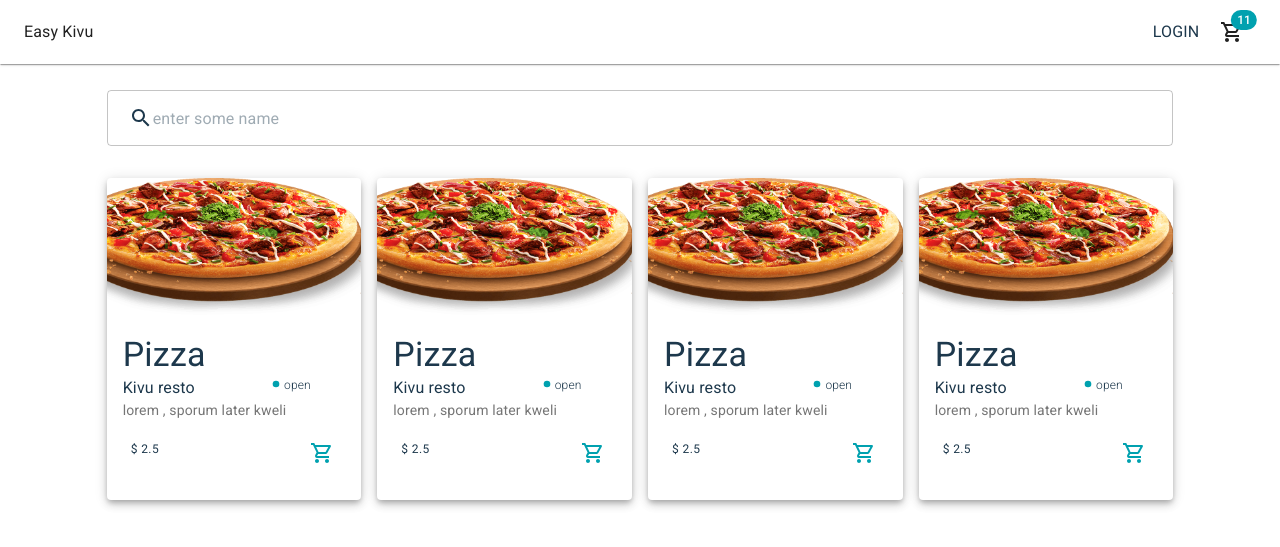
Repository: kilamaelie/jokes-dapp
Page: /
The author's editor kept a copy of each file at every save. The page is drawn from the files as they stood at one save, then again after the next save.
The browser window is 1280 px wide. The pictures show the whole page.
The project was rebuilt for these pictures with package versions that can differ from the ones it lists, and the page was loaded fresh each time. Also part of the build but not shown: src/ui/page/dashboard/dashboard.js.

Above is the page before, as saved 2021-06-28 08:58:09.

### src/App.js
import React from 'react'
import {BrowserRouter as Router ,Switch,Route} from 'react-router-dom'
import {ThemeProvider } from "@material-ui/core/styles";
import theme from './App_theme/theme'
import CssBaseline from '@material-ui/core/CssBaseline'
import Main from './ui/page/website/main'
import Dashboards from  './ui/page/dashboard/dashboard'
import AppBars from './ui/widget/appbar'



const App =()=>{


  return (
    <ThemeProvider theme={theme}>
      <CssBaseline>
          <Router>
            <AppBars/>
            <Switch>
              <Route path='/dashboard' component={Dashboards}/>
              <Route path= '/' component={Main}/>
            </Switch>
          </Router>
      </CssBaseline>
    </ThemeProvider>
  )
}

export default App

### src/App_theme/theme.js
import {createMuiTheme} from '@material-ui/core/styles'


const theme =createMuiTheme({
    palette:{
        primary:{
          main: '#FFF'
        },
        secondary:{
          main: '#00A1AF'
        },
        background:{
          default:'#FFF'
        },
        text:{
          primary:'#1D384C',
        }

      }
})

export default theme

### src/ui/page/website/main.js
import React from 'react'
import {Switch,Route} from 'react-router-dom'
import Home from './screen/home'



const Main =()=>{
    return (
            <Switch>

                <Route exact path= '/' component={Home}/>
            </Switch>
        )
}

export default Main

### src/ui/widget/appbar.js
import React,{useState} from 'react'
import {Grid,AppBar,Toolbar,IconButton,Typography,Button,Dialog,DialogContent,DialogContentText,MenuItem,Menu,Badge} from '@material-ui/core';
// import RestaurantMenuIcon from '@material-ui/icons/RestaurantMenu';
// import AccountCircle from '@material-ui/icons/AccountCircle';
// import NotificationsIcon from '@material-ui/icons/Notifications';
import MoreIcon from '@material-ui/icons/MoreVert';
// import { useTheme} from '@material-ui/core/styles'
// import useMediaQuery from '@material-ui/core/useMediaQuery';
import useStyles from '../style'
import ShoppingCartOutlinedIcon from '@material-ui/icons/ShoppingCartOutlined';




const AppBars =()=>{

  const classes = useStyles();
  const [open, setOpen] = useState(false);
  //const theme = useTheme();
 // const fullScreen = useMediaQuery(theme.breakpoints.down('sm'));

  const handleClickOpen = () => {
    setOpen(true);
  };
  const handleClose = () => {
    setOpen(false);
  };
  // for the app bar

  const [anchorEl, setAnchorEl] = React.useState(null);
  const [mobileMoreAnchorEl, setMobileMoreAnchorEl] = React.useState(null);

  const isMenuOpen = Boolean(anchorEl);
  const isMobileMenuOpen = Boolean(mobileMoreAnchorEl);

  // const handleProfileMenuOpen = (event) => {
  //   setAnchorEl(event.currentTarget);
  // };
  const handleMenuClose = () => {
    setAnchorEl(null);
    handleMobileMenuClose();
  };
  const handleMobileMenuClose = () => {
    setMobileMoreAnchorEl(null);
  };
  const handleMobileMenuOpen = (event) => {
    setMobileMoreAnchorEl(event.currentTarget);
  };
  const handleLogoutAndMenuClose = () =>{
    const logout = localStorage.removeItem('token')
    localStorage.removeItem('id')
    localStorage.removeItem('user')
    setAnchorEl(null);
    handleMobileMenuClose();
    window.location.reload();
    return logout
  }

  const menuId = 'primary-search-account-menu';
  const renderMenu = (
    <Menu
      anchorEl={anchorEl}
      anchorOrigin={{ vertical: 'top', horizontal: 'right' }}
      id={menuId}
      keepMounted
      transformOrigin={{ vertical: 'top', horizontal: 'right' }}
      open={isMenuOpen}
      onClose={handleMenuClose}
    >
      <MenuItem onClick={handleMenuClose}>Profile</MenuItem>
      <MenuItem onClick={handleLogoutAndMenuClose}>Logout</MenuItem>
    </Menu>
  );

  const mobileMenuId = 'primary-search-account-menu-mobile';
  const renderMobileMenu = (
    <Menu
      anchorEl={mobileMoreAnchorEl}
      anchorOrigin={{ vertical: 'top', horizontal: 'right' }}
      id={mobileMenuId}
      keepMounted
      transformOrigin={{ vertical: 'top', horizontal: 'right' }}
      open={isMobileMenuOpen}
      onClose={handleMobileMenuClose}
    >
          {/* <MenuItem>
          <Typography className={classes.typoAppbar}>VENDOR</Typography>
          </MenuItem>
          <MenuItem>
           <Typography className={classes.typoAppbar}>Contact</Typography>
          </MenuItem> */}
          {/* {
            token!=null? <div>
               <MenuItem>
        <IconButton aria-label="show 11 new notifications" color="inherit">
          <Badge badgeContent={11} color="secondary">
            <NotificationsIcon />
          </Badge>
        </IconButton>
        <p>Notifications</p>
      </MenuItem>
      <MenuItem onClick={handleProfileMenuOpen}>
        <IconButton
          aria-label="account of current user"
          aria-controls="primary-search-account-menu"
          aria-haspopup="true"
          color="inherit"
        >
          <AccountCircle />
        </IconButton>
        <p>Profile</p>
      </MenuItem>
            </div>

            :  */}
             <div>
              <MenuItem>
            <Button onClick={handleClickOpen}><Typography className={classes.typoAppbar}>Login</Typography></Button>
                    <Dialog
                        // fullScreen={fullScreen}
                        open={open}
                        onClose={handleClose}
                        aria-labelledby="responsive-dialog-title"
                          >
                            <DialogContent>
                              <DialogContentText>
                                  {/* <Login/> */}
                              </DialogContentText>
                            </DialogContent>
                    </Dialog>
          </MenuItem>
            </div>
          {/* } */}


    </Menu>
  );
  return (
      <Grid container direction='row'>
          {/* <Grid item xs={1} sm={1}></Grid> */}
          <Grid item xs={12} sm={12}>
          <AppBar position="fixed" elevation={1}  >
        <Toolbar>
          {/* <IconButton
            component={Link}
            to='/'
            edge="start"
            className={classes.menuButton}
            color="inherit"
            aria-label="open drawer"
          >
            <RestaurantMenuIcon className={classes.icon} />
          </IconButton> */}
          <Typography className={classes.title}  noWrap>
            Easy Kivu
          </Typography>

          <div className={classes.grow} />
          <div className={classes.sectionDesktop}>
             {/* <Button ><Typography className={classes.typoAppbar}>VENDOR</Typography></Button>
            <Button><Typography className={classes.typoAppbar}>CONTACT</Typography></Button> */}
            {/* {token!=null?
            <div>
            <IconButton aria-label="show 17 new notifications" color="inherit">
              <Badge badgeContent={17} color="secondary">
                <NotificationsIcon  color="secondary"/>
              </Badge>
            </IconButton>
            <IconButton
              edge="end"
              aria-label="account of current user"
              aria-controls={menuId}
              aria-haspopup="true"
              onClick={handleProfileMenuOpen}
              color="inherit"
            >
              <AccountCircle color="secondary" />
            </IconButton>
            </div>
            : */}
            <div>
               <Button onClick={handleClickOpen}><Typography className={classes.typoAppbar}>LOGIN</Typography></Button>
                <Dialog
                    // fullScreen={fullScreen}
                    open={open}
                    onClose={handleClose}
                    aria-labelledby="responsive-dialog-title"
                      >
                        <DialogContent>
                          <DialogContentText>
                          {/* <Login/> */}
                          </DialogContentText>
                        </DialogContent>

                    </Dialog>
            </div>

            {/* } */}

          </div>
          <IconButton aria-label="show 11 new notifications" color="inherit">
          <Badge badgeContent={11} color="secondary">
            <ShoppingCartOutlinedIcon />
          </Badge>
        </IconButton>
          <div className={classes.sectionMobile}>
            <IconButton
              aria-label="show more"
              aria-controls={mobileMenuId}
              aria-haspopup="true"
              onClick={handleMobileMenuOpen}
              color="inherit"
            >
              <MoreIcon className={classes.icon} />
            </IconButton>
          </div>
        </Toolbar>
      </AppBar>
      {renderMobileMenu}
      {renderMenu}
          </Grid>
          {/* <Grid item xs={1} sm={1}></Grid> */}
      </Grid>
  )

}
export default AppBars

### src/ui/page/website/screen/home.js
import React from 'react'
import useStyles from '../../../style'
import {Grid,TextField,InputAdornment} from '@material-ui/core'
import SearchIcon from '@material-ui/icons/Search';
import CardItem from '../screen/widget/card'


const Home = () =>{
    const classes =useStyles()

    return (
        <Grid container direction='row' className={classes.margin_40} >
            <Grid item xs={1} sm={1}></Grid>
            <Grid item xs={10} sm={10}  >
               <Grid container spacing={4}  >
                   <Grid item xs={12} sm={12}>
                       <TextField
                        variant='outlined'
                        fullWidth
                        onFocus
                        placeholder="enter some name"
                        InputProps={{
                            startAdornment: (
                              <InputAdornment position="end">
                                <SearchIcon />
                              </InputAdornment>
                            ),
                          }}
                       />
                   </Grid>
                   <Grid item xs={12} sm={12}>
                       <Grid container spacing ={2}>
                           <Grid item xs={12} sm={3}>
                           <CardItem/>
                           </Grid>
                           <Grid item xs={12} sm={3}>
                           <CardItem/>
                           </Grid>
                           <Grid item xs={12} sm={3}>
                           <CardItem/>
                           </Grid>
                           <Grid item xs={12} sm={3}>
                           <CardItem/>
                           </Grid>
                       </Grid>
                   </Grid>
               </Grid>
            </Grid>
            <Grid item xs={1} sm={1}></Grid>
        </Grid>
    )
}

export default Home

### src/ui/style.js
import {makeStyles} from '@material-ui/core/styles'

export default makeStyles((theme)=>({

    app:{
        background:'white',
        //marginTop:10,
        // marginbo

    },

    grow: {
        flexGrow: 1,
      },
      menuButton: {
        marginRight: theme.spacing(4),
      },
      title: {
        display: '',
        color:theme.palette.primary.secondary,
        fontWeight: 400 ,
        [theme.breakpoints.up('sm')]: {
          display: 'block',
          fontWeight: 400
        },
      },

      sectionDesktop: {
        display: 'none',
        [theme.breakpoints.up('md')]: {
          display: 'flex',
        },
      },
      sectionMobile: {
        display: 'flex',
        [theme.breakpoints.up('md')]: {
          display: 'none',
        },
      },
    icon:{
        color:theme.palette.primary.secondary,
    },
    typoAppbar:{
      color:theme.palette.primary.secondary,
      fontSize: 15,
      fontWeight:400
    },
    homeAppbar:{
      marginTop:40,
      backgroundColor:theme.palette.primary.secondary,
      height:80,
      borderRadius:"10px"
    },
    margin_40:{
      marginTop: 90,
      marginBottom:40
    }

}))

### src/ui/page/website/screen/widget/card.js
import React from 'react'
import {Grid,Typography,IconButton} from '@material-ui/core'
import Card from '@material-ui/core/Card';
// import CardActionArea from '@material-ui/core/CardActionArea';
import CardActions from '@material-ui/core/CardActions';
import CardContent from '@material-ui/core/CardContent';
import CardMedia from '@material-ui/core/CardMedia';
// import Button from '@material-ui/core/Button';
import Pizza from '../../../../../assets/pizza.png'
import ShoppingCartOutlinedIcon from '@material-ui/icons/ShoppingCartOutlined';
import FiberManualRecordIcon from '@material-ui/icons/FiberManualRecord';

const CardItem =()=>{
    return (
        <Card elevation={5} >
        {/* <CardActionArea> */}
          <CardMedia
            style={{height:140}}
            image={Pizza}
            // title={imagetitle}
          />
          <CardContent>
            <Typography  variant='h4' component="h2" >
              Pizza
            </Typography>
            <Grid container>
              <Grid item xs={8} sm={8}>
              <Typography   component="h2" >
              Kivu resto
            </Typography>
              </Grid>
             < Grid item xs={4} sm={4}>
              <Typography style={{fontWeight:300,fontSize:12}}>
             <FiberManualRecordIcon color='secondary' style={{fontSize:10}}/> open
            </Typography>
              </Grid>
            </Grid>

            <Typography variant="body2" color="textSecondary" style={{height:30}}>
             lorem , sporum later kweli
            </Typography>

        {/* </CardActionArea> */}
        <CardActions>
          <Grid container>
            <Grid item sm={6} md={6} xs={6} justify="center">
              <Typography variant="caption">
                $ 2.5
              </Typography>
            </Grid>
            <Grid item md={6} xs={6}>
              <Grid container direction="column" justify="center" alignItems="flex-end">
              <IconButton size="small" color="secondary" >
                <ShoppingCartOutlinedIcon/>
              </IconButton>
              </Grid>
            </Grid>
          </Grid>

        </CardActions>
        </CardContent>
      </Card>
    )
}


export default CardItem;

Loaded but not shown: public/index.html (common file); src/index.js (common file); src/index.css (common file); src/reportWebVitals.js (common file)

After the next save:
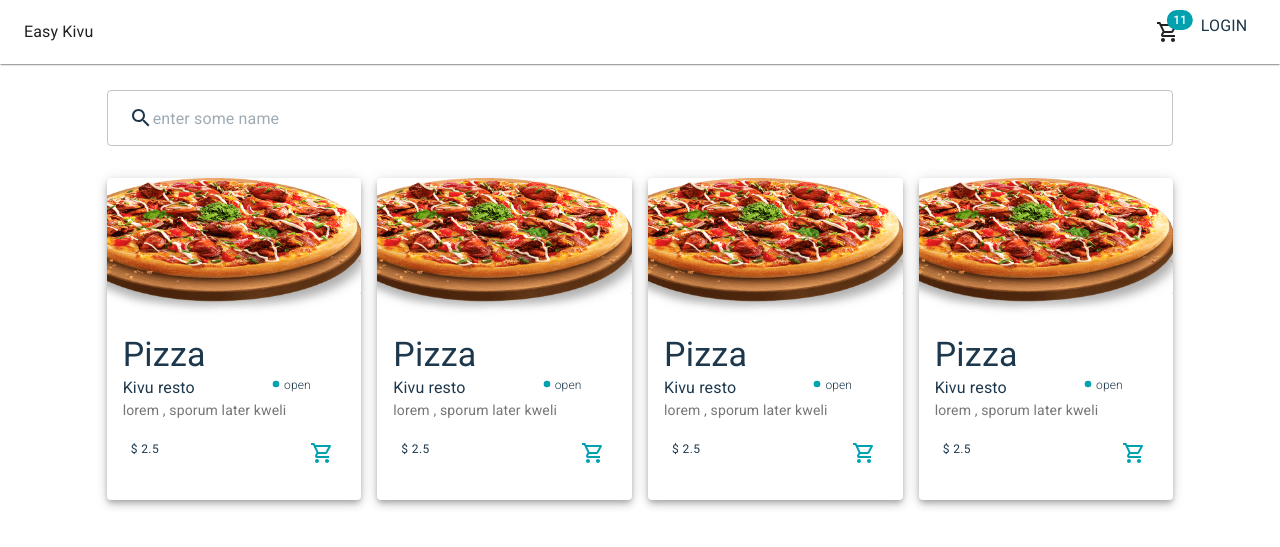
Saved 2 min 22 s later.
--- a/src/ui/widget/appbar.js
+++ b/src/ui/widget/appbar.js
@@ -178,27 +178,7 @@
             </IconButton>
             </div>
             : */}
-            <div>
-               <Button onClick={handleClickOpen}><Typography className={classes.typoAppbar}>LOGIN</Typography></Button>
-                <Dialog
-                    // fullScreen={fullScreen}
-                    open={open}
-                    onClose={handleClose}
-                    aria-labelledby="responsive-dialog-title"
-                      >
-                        <DialogContent>
-                          <DialogContentText>
-                          {/* <Login/> */}
-                          </DialogContentText>
-                        </DialogContent>
-
-                    </Dialog>
-            </div>
-
-            {/* } */}
-
-          </div>
-          <IconButton aria-label="show 11 new notifications" color="inherit">
+             <IconButton aria-label="show 11 new notifications" color="inherit">
           <Badge badgeContent={11} color="secondary">
             <ShoppingCartOutlinedIcon />
           </Badge>
@@ -214,6 +194,27 @@
               <MoreIcon className={classes.icon} />
             </IconButton>
           </div>
+            <div>
+               <Button onClick={handleClickOpen}><Typography className={classes.typoAppbar}>LOGIN</Typography></Button>
+                <Dialog
+                    // fullScreen={fullScreen}
+                    open={open}
+                    onClose={handleClose}
+                    aria-labelledby="responsive-dialog-title"
+                      >
+                        <DialogContent>
+                          <DialogContentText>
+                          {/* <Login/> */}
+                          </DialogContentText>
+                        </DialogContent>
+
+                    </Dialog>
+            </div>
+
+            {/* } */}
+
+          </div>
+
         </Toolbar>
       </AppBar>
       {renderMobileMenu}

After the save that followed:
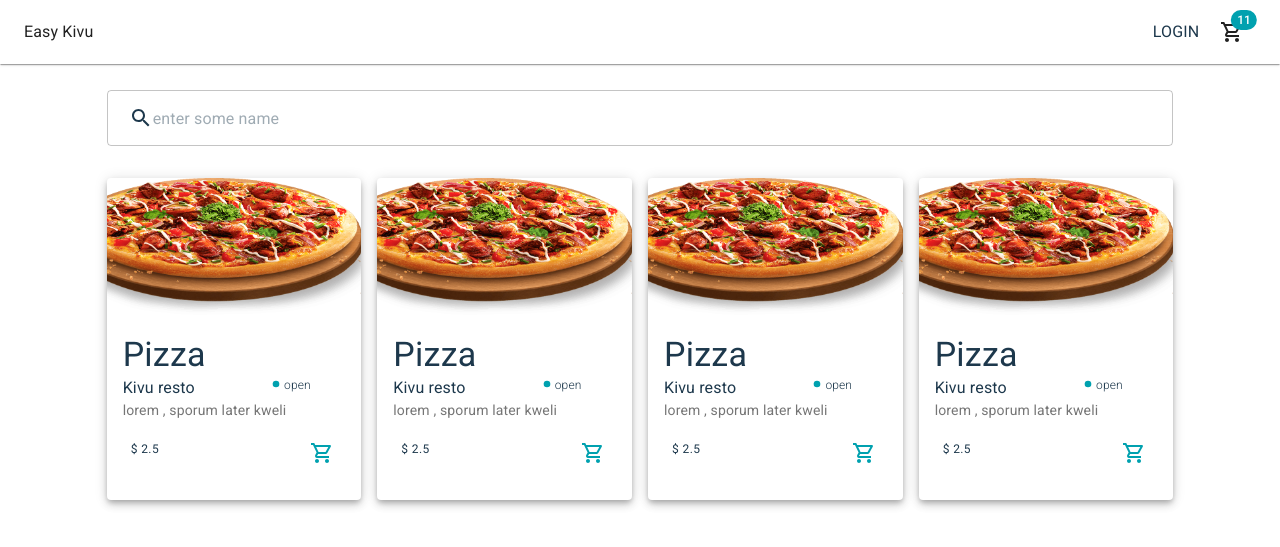
Saved 21 s later.
--- a/src/ui/widget/appbar.js
+++ b/src/ui/widget/appbar.js
@@ -178,7 +178,27 @@
             </IconButton>
             </div>
             : */}
-             <IconButton aria-label="show 11 new notifications" color="inherit">
+            <div>
+               <Button onClick={handleClickOpen}><Typography className={classes.typoAppbar}>LOGIN</Typography></Button>
+                <Dialog
+                    // fullScreen={fullScreen}
+                    open={open}
+                    onClose={handleClose}
+                    aria-labelledby="responsive-dialog-title"
+                      >
+                        <DialogContent>
+                          <DialogContentText>
+                          {/* <Login/> */}
+                          </DialogContentText>
+                        </DialogContent>
+
+                    </Dialog>
+            </div>
+
+            {/* } */}
+
+          </div>
+          <IconButton aria-label="show 11 new notifications" color="inherit">
           <Badge badgeContent={11} color="secondary">
             <ShoppingCartOutlinedIcon />
           </Badge>
@@ -194,27 +214,6 @@
               <MoreIcon className={classes.icon} />
             </IconButton>
           </div>
-            <div>
-               <Button onClick={handleClickOpen}><Typography className={classes.typoAppbar}>LOGIN</Typography></Button>
-                <Dialog
-                    // fullScreen={fullScreen}
-                    open={open}
-                    onClose={handleClose}
-                    aria-labelledby="responsive-dialog-title"
-                      >
-                        <DialogContent>
-                          <DialogContentText>
-                          {/* <Login/> */}
-                          </DialogContentText>
-                        </DialogContent>
-
-                    </Dialog>
-            </div>
-
-            {/* } */}
-
-          </div>
-
         </Toolbar>
       </AppBar>
       {renderMobileMenu}
